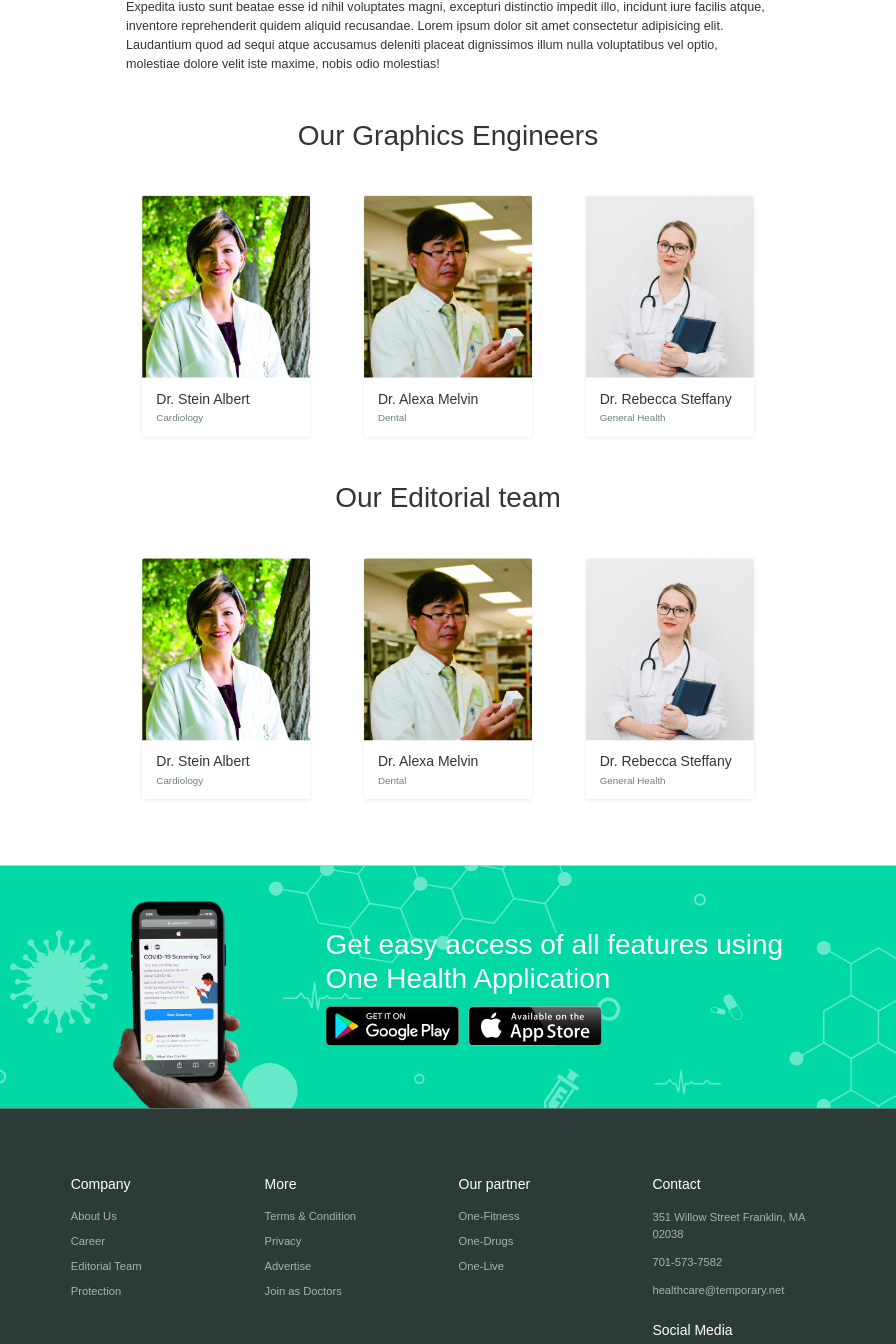
Repository: profbkmurage/myWeb
Page: html/about.html
The author's editor kept a copy of each file at every save. The page is drawn from the files as they stood at one save, then again after the next save.
The browser window is 1280 px wide. The pictures show the part of the page from y = 1698 to 3618 px (the page is 3771 px tall), at 70% of full size.

Above is the page before, as saved 2023-12-11 13:52:27.

After the next save:
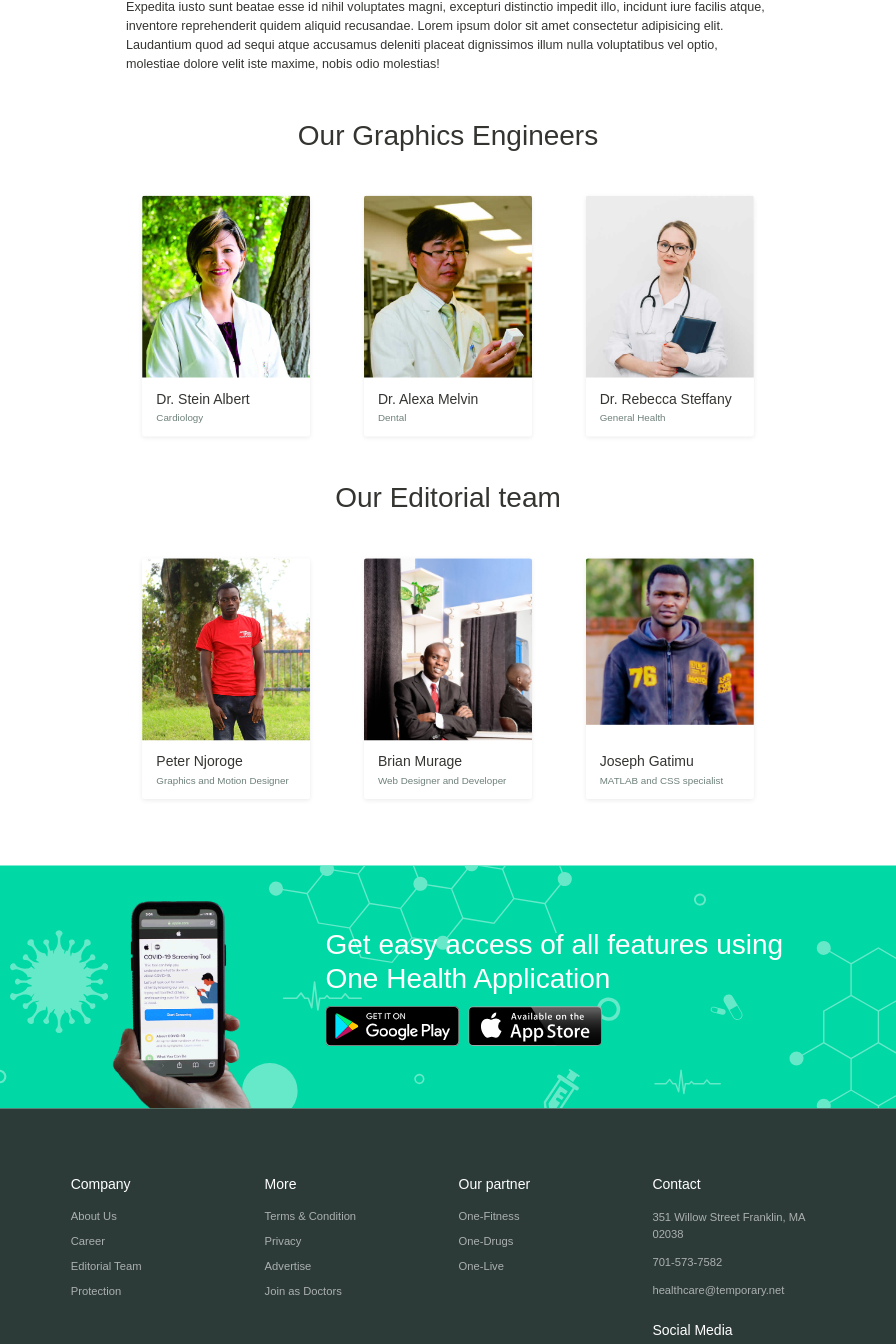
Saved 5 min 42 s later.
--- a/html/about.html
+++ b/html/about.html
@@ -222,45 +222,45 @@
             <div class="col-md-6 col-lg-4 wow zoomIn">
               <div class="card-doctor">
                 <div class="header">
-                  <img src="../assets/img/doctors/doctor_1.jpg" alt="">
-                  <div class="meta">
-                    <a href="#"><span class="mai-call"></span></a>
-                    <a href="#"><span class="mai-logo-whatsapp"></span></a>
-                  </div>
-                </div>
-                <div class="body">
-                  <p class="text-xl mb-0">Dr. Stein Albert</p>
-                  <span class="text-sm text-grey">Cardiology</span>
-                </div>
-              </div>
-            </div>
-            <div class="col-md-6 col-lg-4 wow zoomIn">
-              <div class="card-doctor">
-                <div class="header">
-                  <img src="../assets/img/doctors/doctor_2.jpg" alt="">
-                  <div class="meta">
-                    <a href="#"><span class="mai-call"></span></a>
-                    <a href="#"><span class="mai-logo-whatsapp"></span></a>
-                  </div>
-                </div>
-                <div class="body">
-                  <p class="text-xl mb-0">Dr. Alexa Melvin</p>
-                  <span class="text-sm text-grey">Dental</span>
-                </div>
-              </div>
-            </div>
-            <div class="col-md-6 col-lg-4 wow zoomIn">
-              <div class="card-doctor">
-                <div class="header">
-                  <img src="../assets/img/doctors/doctor_3.jpg" alt="">
-                  <div class="meta">
-                    <a href="#"><span class="mai-call"></span></a>
-                    <a href="#"><span class="mai-logo-whatsapp"></span></a>
-                  </div>
-                </div>
-                <div class="body">
-                  <p class="text-xl mb-0">Dr. Rebecca Steffany</p>
-                  <span class="text-sm text-grey">General Health</span>
+                  <img src="../assets/img/peter.jpg" alt="">
+                  <div class="meta">
+                    <a href="#"><span class="mai-call"></span></a>
+                    <a href="#"><span class="mai-logo-whatsapp"></span></a>
+                  </div>
+                </div>
+                <div class="body">
+                  <p class="text-xl mb-0">Peter Njoroge</p>
+                  <span class="text-sm text-grey">Graphics and Motion Designer</span>
+                </div>
+              </div>
+            </div>
+            <div class="col-md-6 col-lg-4 wow zoomIn">
+              <div class="card-doctor">
+                <div class="header">
+                  <img src="../assets/img/IMG-20211219-WA0004.jpg" alt="">
+                  <div class="meta">
+                    <a href="#"><span class="mai-call"></span></a>
+                    <a href="#"><span class="mai-logo-whatsapp"></span></a>
+                  </div>
+                </div>
+                <div class="body">
+                  <p class="text-xl mb-0">Brian Murage</p>
+                  <span class="text-sm text-grey">Web Designer and Developer</span>
+                </div>
+              </div>
+            </div>
+            <div class="col-md-6 col-lg-4 wow zoomIn">
+              <div class="card-doctor">
+                <div class="header">
+                  <img src="../assets/img/Joseph.jpg" alt="">
+                  <div class="meta">
+                    <a href="#"><span class="mai-call"></span></a>
+                    <a href="#"><span class="mai-logo-whatsapp"></span></a>
+                  </div>
+                </div>
+                <div class="body">
+                  <p class="text-xl mb-0">Joseph Gatimu</p>
+                  <span class="text-sm text-grey">MATLAB and CSS specialist</span>
                 </div>
               </div>
             </div>
